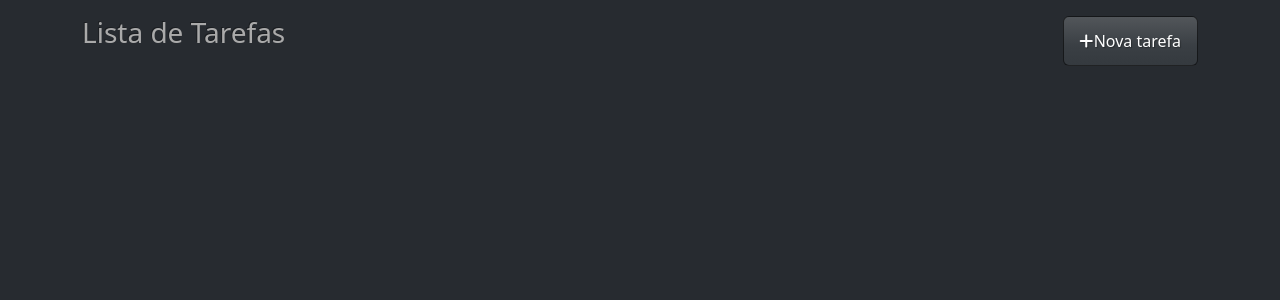
Repository: cargugati/lista_tarefas
Page: frontEnd/index.html
An editor plug-in stored every save of this project. The page is shown before and after a run of saves, followed by the edit.
The browser window is 1280 px wide. The pictures show the whole page.

Above is the page before, as saved 2023-03-16 10:06:09.

After the next 4 saves:
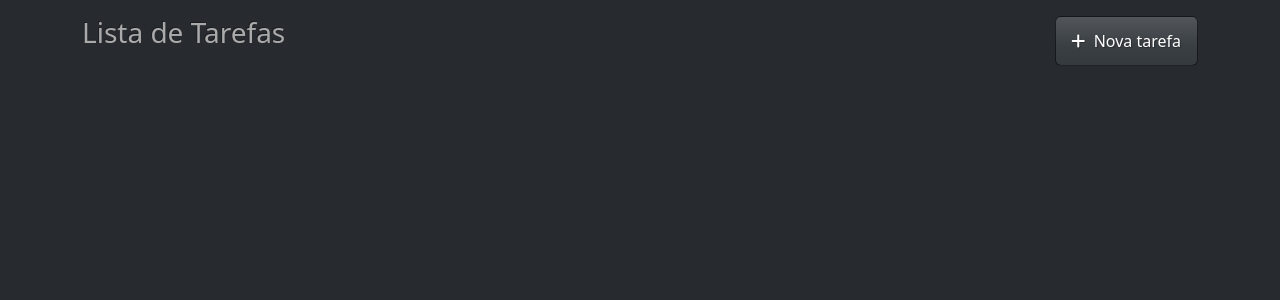
The 4 saves are shown as one change because they came seconds apart.
The last was saved 45 s later.
--- a/frontEnd/index.html
+++ b/frontEnd/index.html
@@ -18,7 +18,7 @@
         <h3>Lista de Tarefas</h3>
       </div>
       <div class="col text-end">
-        <a href="new_task.html" class="btn btn-primary"><i class="fa-solid fa-plus"></i>Nova tarefa</a>
+        <a href="new_task.html" class="btn btn-primary"><i class="fa-solid fa-plus me-2"></i>Nova tarefa</a>
       </div>
     </div>
   </div>
